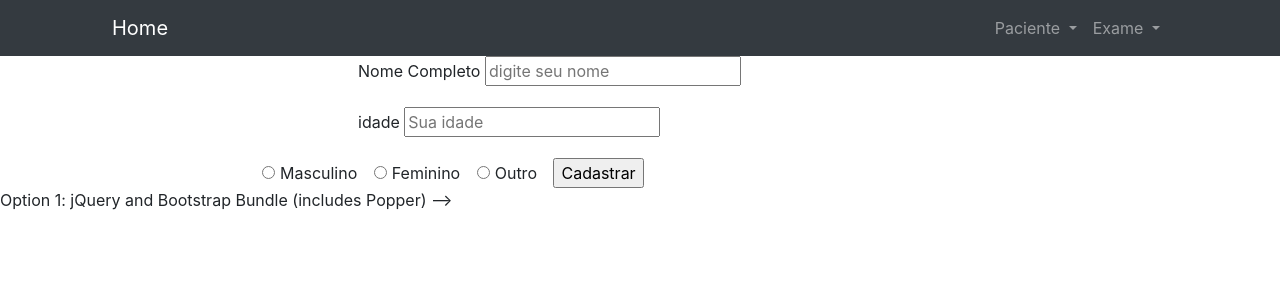
Repository: noobDevPRB/struts2_project
Page: http://localhost/Projeto_SOCTest/
The author's editor kept a copy of each file at every save. The page is drawn from the files as they stood at one save, then again after a run of saves.
The browser window is 1280 px wide. The pictures show the whole page.
The page is served by Tomcat 9. Nobody is signed in. The application's start-up code is not run. Other server files are loaded and not shown.

Above is the page before, as saved 2020-10-17 18:39:53.

### Projeto_SOCTest/WebContent/index.jsp
<%@ page language="java" contentType="text/html; charset=ISO-8859-1" pageEncoding="ISO-8859-1"%>

<!DOCTYPE html>
<html lang="en">
<head>
  <!-- Required meta tags -->
  <meta charset="utf-8">
  <meta name="viewport" content="width=device-width, initial-scale=1, shrink-to-fit=no">
  <!-- Bootstrap CSS -->
  <link rel="stylesheet" href="https://cdn.jsdelivr.net/npm/bootstrap@4.5.3/dist/css/bootstrap.min.css">
  <title>Soc Teste</title>
</head>

<body>
	<nav class="navbar navbar-expand-lg navbar-dark bg-dark">
		<a class="navbar-brand pl-5 ml-5" href="http://localhost:8080/Projeto_SOCTest/">Home</a>

		<div class="collapse navbar-collapse" id="navbarSupportedContent">
			<ul class="navbar-nav ml-auto pr-5 mr-5">
				<li class="nav-item dropdown">
					<a class="nav-link dropdown-toggle" href="#" id="navbarDropdown" role="button" data-toggle="dropdown" aria-haspopup="true" aria-expanded="false">
					Paciente
					</a>
					<div class="dropdown-menu" aria-labelledby="navbarDropdown">
						<a class="dropdown-item" href="http://localhost:8080/Projeto_SOCTest/navegarCadastroPaciente">Cadastro</a>
						<a class="dropdown-item" href="http://localhost:8080/Projeto_SOCTest/listarPaciente">Listagem</a>
					</div>
				</li>
				<li class="nav-item dropdown">
					<a class="nav-link dropdown-toggle" href="#" id="navbarDropdown" role="button" data-toggle="dropdown" aria-haspopup="true" aria-expanded="false">
					Exame
					</a>
					<div class="dropdown-menu" aria-labelledby="navbarDropdown">
						<a class="dropdown-item" href="http://localhost:8080/Projeto_SOCTest/cadastrarExames">Cadastro</a>
						<a class="dropdown-item" href="http://localhost:8080/Projeto_SOCTest/listarExames">Listagem</a>
					</div>
				</li>
			</ul>
		</div>
	</nav>


	<div class="container">
		<div class="row">
			<div class="col-sm px-5 mx-5">
				<form class="px-5 mx-5" action="cadastrarPaciente"method="post">
					<div class="form-group px-5 mx-5">
						<label>Nome Completo</label>
						<input type="text" required="required" pattern="[a-z\s]+$" maxlength="40" placeholder="digite seu nome" name="paciente.nm_cmplt">
					</div>
					<div class="form-group px-5 mx-5">
						<label for="formGroupExampleInput2">idade</label>
						<input type="number" required="required" placeholder="Sua idade" name="paciente.idade">
					</div>

					<div class="form-check form-check-inline">
						<input class="form-check-input" type="radio" name="paciente.genero" value="masculino">
						<label class="form-check-label" for="inlineRadio1">Masculino</label>
					</div>
					<div class="form-check form-check-inline">
						<input class="form-check-input" type="radio" name="paciente.genero" value="feminino">
						<label class="form-check-label" for="inlineRadio2">Feminino</label>
					</div>
					<div class="form-check form-check-inline">
						<input class="form-check-input" type="radio" name="paciente.genero" value="outro">
						<label class="form-check-label" for="inlineRadio3">Outro</label>
					</div>

					<input type="submit" value="Cadastrar">
				</form>
			</div>
		</div>
	</div>
 Option 1: jQuery and Bootstrap Bundle (includes Popper) -->
<script src="https://code.jquery.com/jquery-3.5.1.slim.min.js" integrity="sha384-DfXdz2htPH0lsSSs5nCTpuj/zy4C+OGpamoFVy38MVBnE+IbbVYUew+OrCXaRkfj" crossorigin="anonymous"></script>
<script src="https://cdn.jsdelivr.net/npm/bootstrap@4.5.3/dist/js/bootstrap.bundle.min.js" integrity="sha384-ho+j7jyWK8fNQe+A12Hb8AhRq26LrZ/JpcUGGOn+Y7RsweNrtN/tE3MoK7ZeZDyx" crossorigin="anonymous"></script>

</body>
</html>

After the next 2 saves:
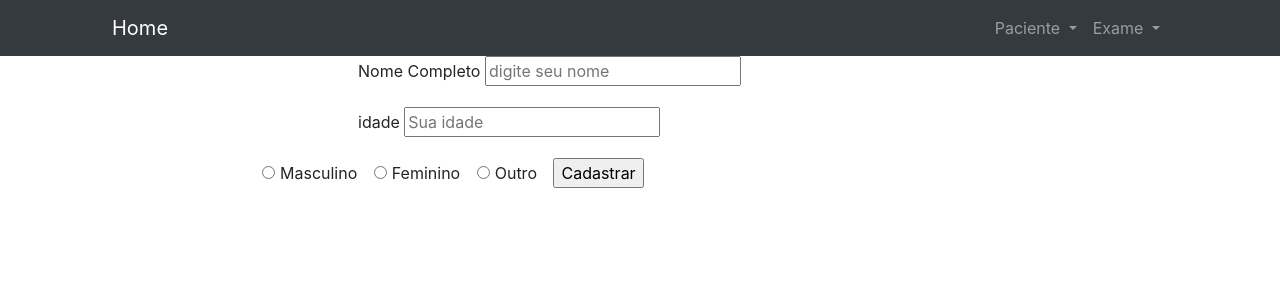
The 2 saves are shown as one change because they came seconds apart.
The last was saved 29 s later.
--- a/Projeto_SOCTest/WebContent/index.jsp
+++ b/Projeto_SOCTest/WebContent/index.jsp
@@ -71,7 +71,7 @@
 			</div>
 		</div>
 	</div>
- Option 1: jQuery and Bootstrap Bundle (includes Popper) -->
+
 <script src="https://code.jquery.com/jquery-3.5.1.slim.min.js" integrity="sha384-DfXdz2htPH0lsSSs5nCTpuj/zy4C+OGpamoFVy38MVBnE+IbbVYUew+OrCXaRkfj" crossorigin="anonymous"></script>
 <script src="https://cdn.jsdelivr.net/npm/bootstrap@4.5.3/dist/js/bootstrap.bundle.min.js" integrity="sha384-ho+j7jyWK8fNQe+A12Hb8AhRq26LrZ/JpcUGGOn+Y7RsweNrtN/tE3MoK7ZeZDyx" crossorigin="anonymous"></script>
 
